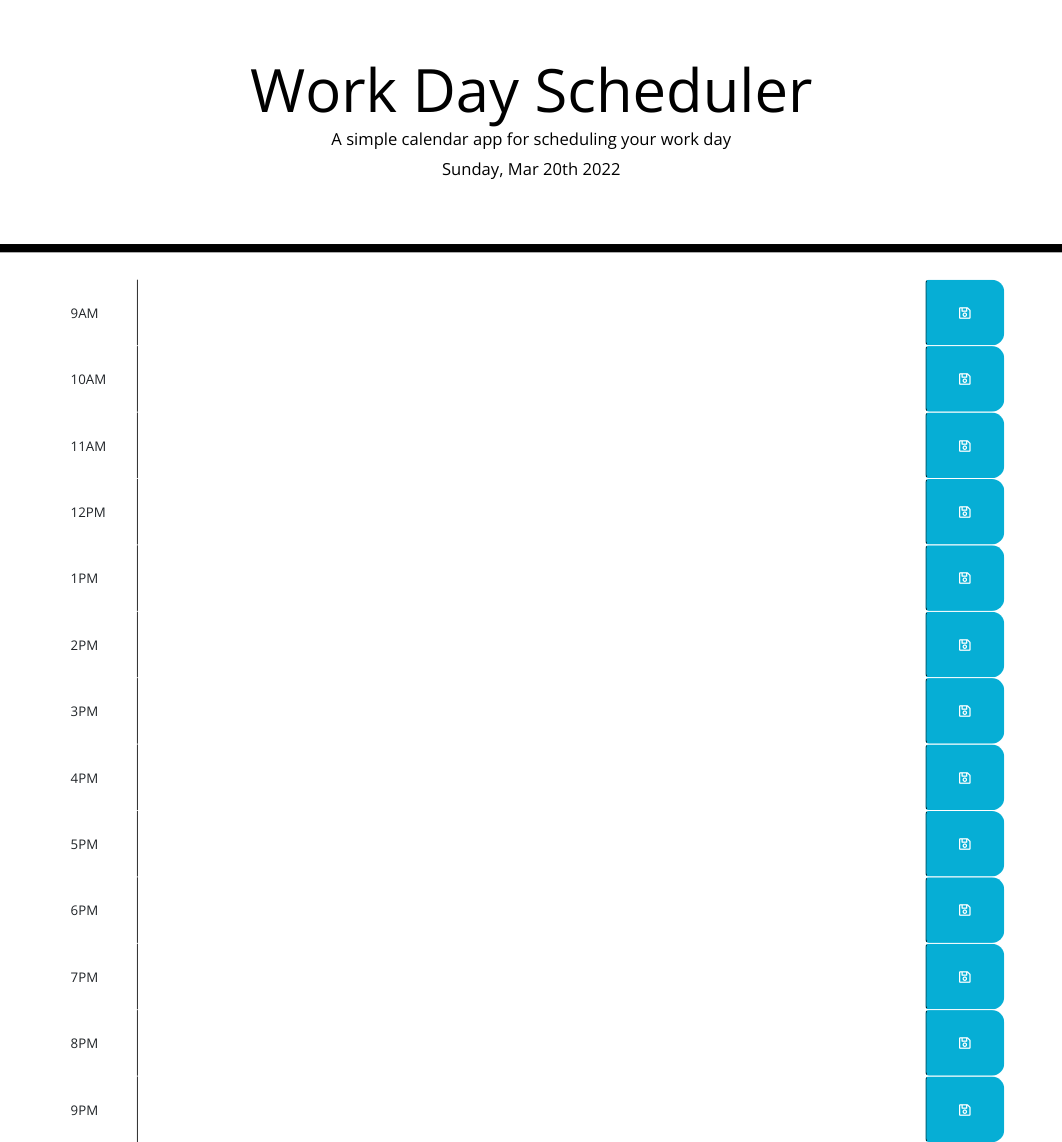
Repository: cobalt88/work-day-scheduler
Page: index.html
These files come from the project's save history. The page is drawn as it stood at one moment and after the next save; the edit follows.
The browser window is 1280 px wide. The pictures show the whole page, at 83% of full size.
Some web libraries are served in a nearby version.

Above is the page before, as saved 2022-03-25 16:44:49.

### index.html
<!DOCTYPE html>
<html lang="en">
  <head>
    <meta charset="UTF-8" />
    <meta name="viewport" content="width=device-width, initial-scale=1.0" />
    <meta http-equiv="X-UA-Compatible" content="ie=edge" />
    <link
      rel="stylesheet"
      href="https://stackpath.bootstrapcdn.com/bootstrap/4.3.1/css/bootstrap.min.css"
    />
    <link
      rel="stylesheet"
      href="https://use.fontawesome.com/releases/v5.8.1/css/all.css"
      integrity="sha384-50oBUHEmvpQ+1lW4y57PTFmhCaXp0ML5d60M1M7uH2+nqUivzIebhndOJK28anvf"
      crossorigin="anonymous"
    />
    <link
      href="https://fonts.googleapis.com/css?family=Open+Sans&display=swap"
      rel="stylesheet"
    />
    <link rel="stylesheet" href="./assets/style.css" />
    <title>Work Day Scheduler</title>
  </head>

  <body>
    <header class="jumbotron">
      <h1 class="display-3">Work Day Scheduler</h1>
      <p class="lead">A simple calendar app for scheduling your work day</p>
      <p id="currentDay" class="lead"></p>
    </header>
    <div class="container">
      <!-- Timeblocks go here -->
      <div class="row time-slot" id="hr-9A">
        <div class="col-md-1 ">
          9AM
        </div>
        <textarea class="col-md-10 reservation"></textarea>
        <button class="btn saveBtn col-md-1 far fa-save"></button>
      </div>

      <div class="row time-slot" id="hr-10A">
        <div class="col-md-1 ">
          10AM
        </div>
        <textarea class="col-md-10 reservation"></textarea>
        <button class="btn saveBtn col-md-1 far fa-save"></button>
      </div>

      <div class="row time-slot" id="hr-11A">
        <div class="col-md-1 ">
          11AM
        </div>
        <textarea class="col-md-10 reservation"></textarea>
        <button class="btn saveBtn col-md-1 far fa-save"></button>
      </div>

      <div class="row time-slot" id="hr-12P">
        <div class="col-md-1 ">
          12PM
        </div>
        <textarea class="col-md-10 reservation"></textarea>
        <button class="btn saveBtn col-md-1 far fa-save"></button>
      </div>

      <div class="row time-slot" id="hr-1P">
        <div class="col-md-1 ">
          1PM
        </div>
        <textarea class="col-md-10 reservation"></textarea>
        <button class="btn saveBtn col-md-1 far fa-save"></button>
      </div>

      <div class="row time-slot" id="hr-2P">
        <div class="col-md-1 ">
          2PM
        </div>
        <textarea class="col-md-10 reservation"></textarea>
        <button class="btn saveBtn col-md-1 far fa-save"></button>
      </div>

      <div class="row time-slot" id="hr-3P">
        <div class="col-md-1 ">
          3PM
        </div>
        <textarea class="col-md-10 reservation"></textarea>
        <button class="btn saveBtn col-md-1 far fa-save"></button>
      </div>

      <div class="row time-slot" id="hr-4P">
        <div class="col-md-1 ">
          4PM
        </div>
        <textarea class="col-md-10 reservation"></textarea>
        <button class="btn saveBtn col-md-1 far fa-save"></button>
      </div>

      <div class="row time-slot" id="hr-5P">
        <div class="col-md-1 ">
          5PM
        </div>
        <textarea class="col-md-10 reservation"></textarea>
        <button class="btn saveBtn col-md-1 far fa-save"></button>
      </div>

      <div class="row time-slot" id="hr-6P">
        <div class="col-md-1 ">
          6PM
        </div>
        <textarea class="col-md-10 reservation"></textarea>
        <button class="btn saveBtn col-md-1 far fa-save"></button>
      </div>

      <div class="row time-slot" id="hr-7P">
        <div class="col-md-1 ">
          7PM
        </div>
        <textarea class="col-md-10 reservation"></textarea>
        <button class="btn saveBtn col-md-1 far fa-save"></button>
      </div>

      <div class="row time-slot" id="hr-8P">
        <div class="col-md-1 ">
          8PM
        </div>
        <textarea class="col-md-10 reservation"></textarea>
        <button class="btn saveBtn col-md-1 far fa-save"></button>
      </div>

      <div class="row time-slot" id="hr-9P">
        <div class="col-md-1 ">
          9PM
        </div>
        <textarea class="col-md-10 reservation"></textarea>
        <button class="btn saveBtn col-md-1 far fa-save"></button>
      </div>


    </div>

    <script src="https://code.jquery.com/jquery-3.4.1.min.js"></script>
    <script src="https://cdnjs.cloudflare.com/ajax/libs/moment.js/2.24.0/moment.min.js"></script>
    <script src="./assets/logic.js"></script>
  </body>
</html>

### assets/style.css
body {
  font-family: 'Open Sans', sans-serif;
  font-size: 16px;
  line-height: 1;
}

textarea{
  background: transparent;
  border: none;
  resize: none;
  color: #000000;
  border-left: 1px solid black;
  padding: 10px;
}

.jumbotron {
  text-align: center;
  background-color: transparent;
  color: black;
  border-radius: 0;
  border-bottom: 10px solid black;
}

.description{
  white-space: pre-wrap;
}

.time-block{
  text-align: center;
  border-radius: 15px;
}

.row {
  white-space: pre-wrap;
  height: 80px;
  border-top: 1px solid white;;
}

.hour {
  background-color: #ffffff;
  color: #000000;
  border-top: 1px dashed #000000;
}

.past {
  background-color: #d3d3d3;
  color: white;
}

.present {
  background-color: #ff6961;
  color: white;
}

.future {
  background-color: #77dd77;
  color: white;
}

.saveBtn {
  border-left: 1px solid black;
  border-top-right-radius: 15px;
  border-bottom-right-radius: 15px;
  background-color: #06AED5;
  color: white;
}

.saveBtn i:hover {
  font-size: 20px;
  transition: all .3s ease-in-out;
}

### assets/logic.js
var currentDate = moment().format('dddd, MMM Do YYYY');
$("#currentDay").html(currentDate);

After the next save:
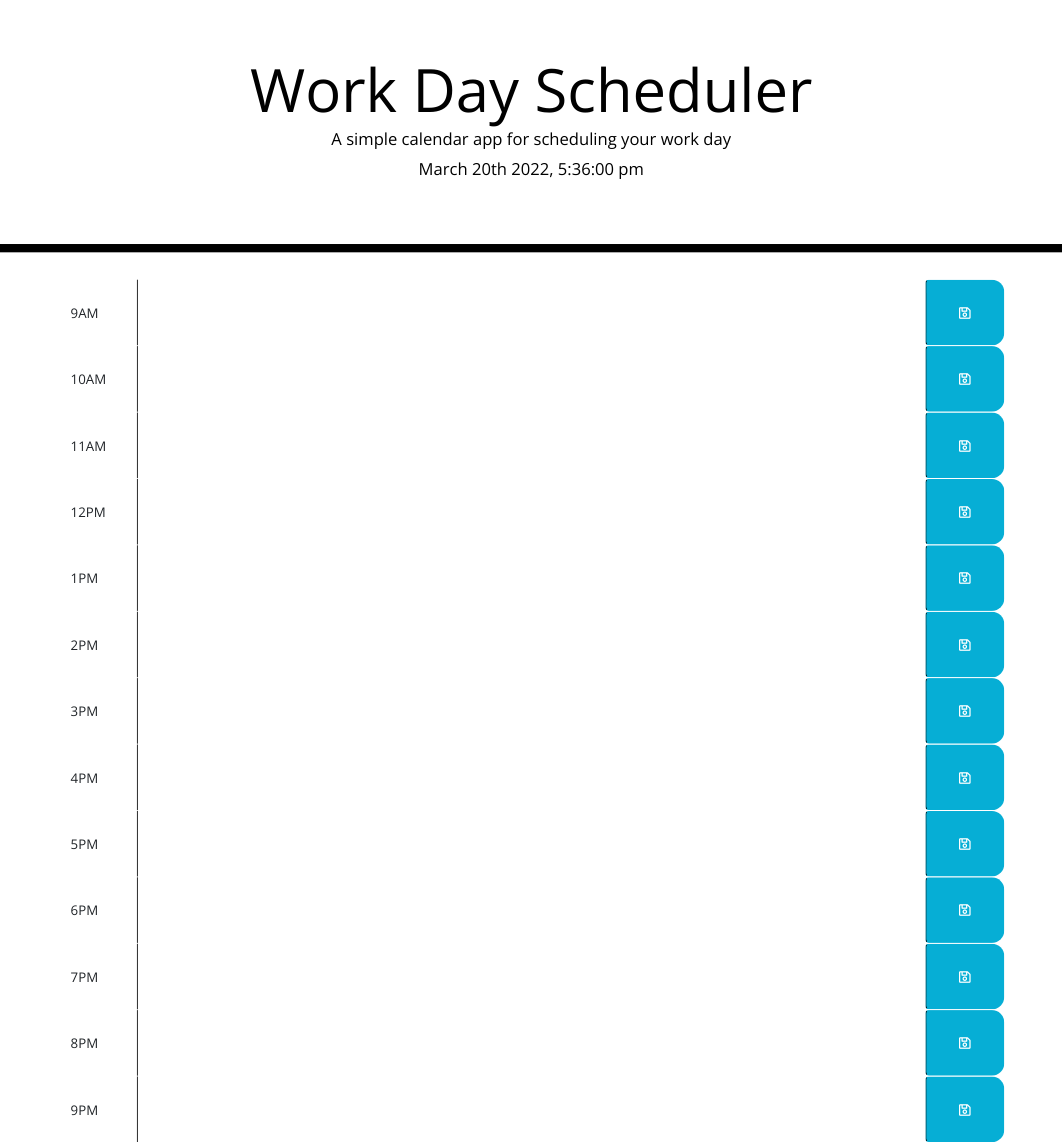
Saved 90 s later.
--- a/assets/logic.js
+++ b/assets/logic.js
@@ -1,2 +1,2 @@
-var currentDate = moment().format('dddd, MMM Do YYYY');
+var currentDate = moment().format('MMMM Do YYYY, h:mm:ss a');
 $("#currentDay").html(currentDate);
